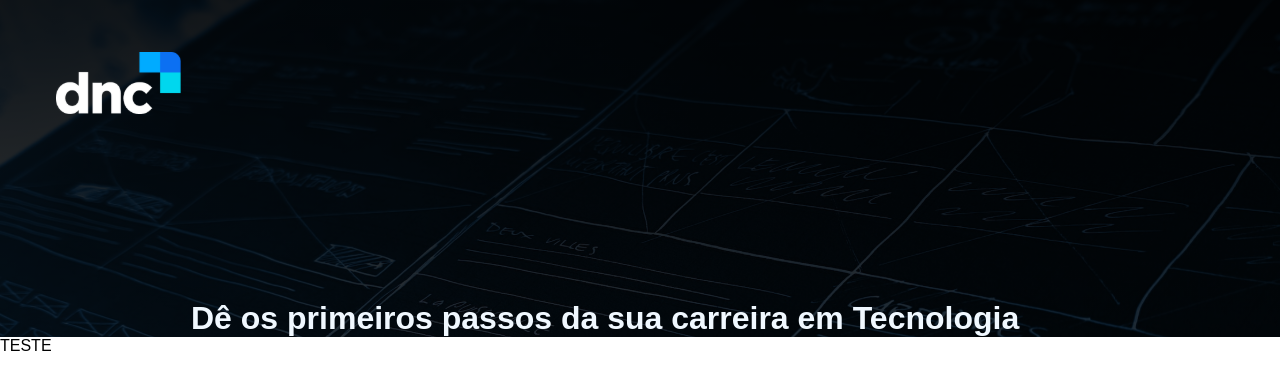
Repository: kleber-goncalves/Landing-Page-dnc
Page: src/index.html
The author's editor kept a copy of each file at every save. The page is drawn from the files as they stood at one save, then again after the next save.
The browser window is 1280 px wide. The pictures show the whole page.

Above is the page before, as saved 2024-12-09 19:35:15.

### src/index.html
<!DOCTYPE html>
<html lang="pt-br">
  <head>
    <meta charset="UTF-8" />
    <meta name="viewport" content="width=device-width, initial-scale=1.0" />
    <title>Escola DNC</title>
    <link rel="stylesheet" href="../src/style.css" />
  </head>
  <body>
    <div id="cabecanho">
        <img id="logo-dnc" src="../img/logo.svg" alt="logo-dnc">
        <h1 id="titulo" >Dê os primeiros passos da sua carreira em Tecnologia</h1>
    </div>
    <div>TESTE</div>
  </body>
</html>

### src/style.css
* {
  margin: 0px;
  font-family: Arial, Helvetica, sans-serif;
}

#cabecanho {
  display: flex;
  margin: 0%;
  height: 100%;
  background-image: url(../img/fundo.svg);
  color: aliceblue;
}

#logo-dnc {
  display: flex;
  width: 125px;
  height: 62px;
  margin-left: 56px;
  margin-top: 52px;
}

#titulo {
  display: flex;
  margin-left: 10px;
  margin-top: 300px;
}

### img/logo.svg
<svg width="125" height="62" viewBox="0 0 125 62" fill="none" xmlns="http://www.w3.org/2000/svg" xmlns:xlink="http://www.w3.org/1999/xlink">
<rect width="125" height="62" fill="url(#pattern0_1227_101)"/>
<defs>
<pattern id="pattern0_1227_101" patternContentUnits="objectBoundingBox" width="1" height="1">
<use xlink:href="#image0_1227_101" transform="matrix(0.00497512 0 0 0.0100305 0 -0.00152463)"/>
</pattern>
<image id="image0_1227_101" width="201" height="100" xlink:href="data:[embedded picture, 3186 characters]"/>
</defs>
</svg>

### img/fundo.svg
<svg width="1440" height="560" viewBox="0 0 1440 560" fill="none" xmlns="http://www.w3.org/2000/svg" xmlns:xlink="http://www.w3.org/1999/xlink">
<rect width="1440" height="560" fill="url(#pattern0_1227_39)"/>
<rect width="1440" height="560" fill="url(#paint0_linear_1227_39)"/>
<defs>
<pattern id="pattern0_1227_39" patternContentUnits="objectBoundingBox" width="1" height="1">
<use xlink:href="#image0_1227_39" transform="matrix(0.0004 0 0 0.00102857 0 -0.0636538)"/>
</pattern>
<linearGradient id="paint0_linear_1227_39" x1="720" y1="0" x2="720" y2="560" gradientUnits="userSpaceOnUse">
<stop stop-opacity="0.9"/>
<stop offset="1" stop-opacity="0.7"/>
</linearGradient>
<image id="image0_1227_39" width="2500" height="1460" xlink:href="data:[embedded picture, 603023 characters]"/>
</defs>
</svg>

After the next save:
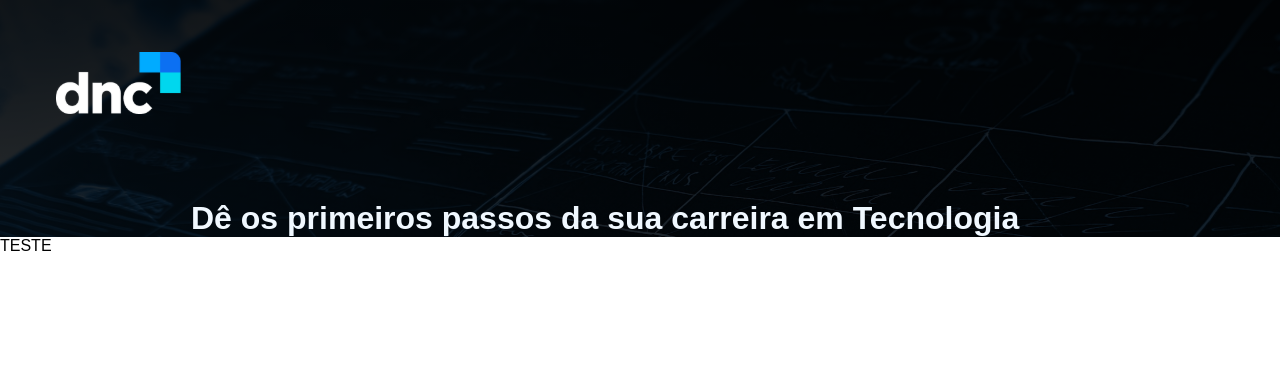
Saved 16 s later.
--- a/src/style.css
+++ b/src/style.css
@@ -22,5 +22,5 @@
 #titulo {
   display: flex;
   margin-left: 10px;
-  margin-top: 300px;
+  margin-top: 200px;
 }
